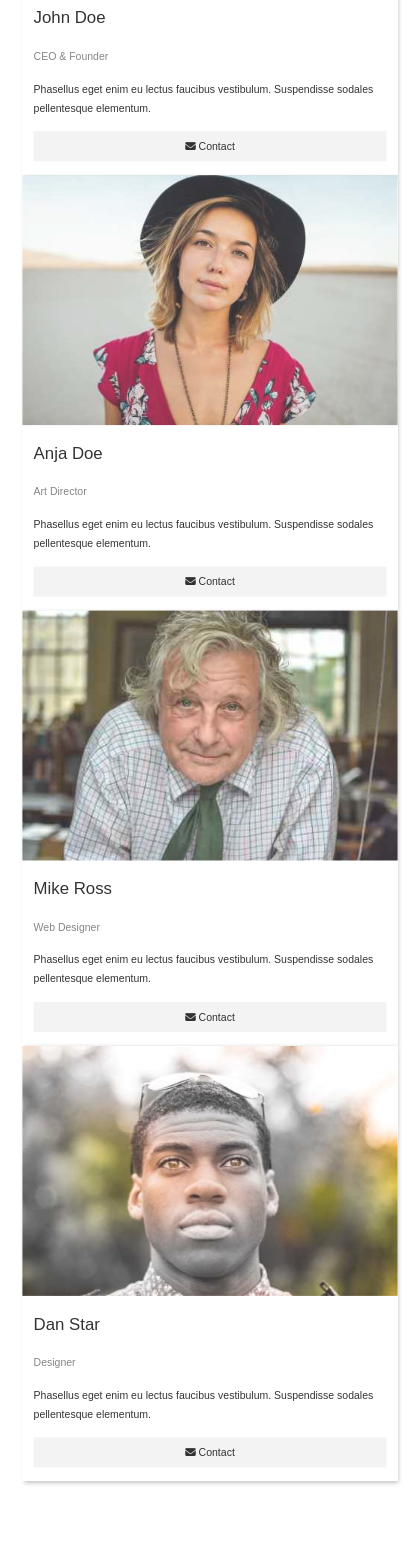
Repository: husterDC/Test
Page: index.html
These files come from the project's save history. The page is drawn as it stood at one moment and after the next save; the edit follows.
The browser window is 600 px wide. The pictures show the part of the page from y = 3665 to 5905 px (the page is 14218 px tall before and 14282 px after), at 70% of full size.

Above is the page before, as saved 2022-10-28 11:32:27.

### index.html
<!DOCTYPE html>
<html lang="en">
<head>
    <meta charset="UTF-8">
    <meta http-equiv="X-UA-Compatible" content="IE=edge">
    <meta name="viewport" content="width=device-width, initial-scale=1.0">
    <title>Document</title>
    <link rel="stylesheet" href="./assets/fontawesome-free-6.1.1-web/css/all.min.css">
    <link rel="stylesheet" href="./fonts/themify-icons/themify-icons.css">
    <link rel="stylesheet" href="./assets/base.css">
    <link rel="stylesheet" href="./assets/style.css">
    <link rel="stylesheet" href="./assets/responsive.css">
</head>
</head>
<body>
    <div class="header">
        <div class="header_logo">
            <a href="" class="header_logo-link">Logo</a>
        </div>
        <div class="header_nav">
            <ul class="header_nav-menu">
                <li class="header_nav-item">
                    <a href="#container_about" class="header_nav-link">ABOUT</a>
                </li>
                <li class="header_nav-item">
                    <a href="#container_team" class="header_nav-link">
                        <i class="header_nav-icon header-nav_icon fa-solid fa-user-plus"></i>
                        TEAM
                    </a>
                </li>
                <li class="header_nav-item">
                    <a href="#container_work" class="header_nav-link">
                        <i class="header_nav-icon fa-solid fa-grip"></i>
                        WORK
                    </a>
                </li>
                <li class="header_nav-item">
                    <a href="#container_pricing" class="header_nav-link">
                        <i class="header_nav-icon fa-solid fa-dollar-sign"></i>
                        PRICING
                    </a>
                </li>
                <li class="header_nav-item">
                    <a href="#container_contact" class="header_nav-link">
                        <i class="header_nav-icon fa-solid fa-envelope"></i>
                        CONTACT
                    </a>
                </li>
            </ul>
            <div class="header_nav-menu-mobile">
                <i class="header-nav_icon fa-solid fa-bars"></i>
            </div>
        </div>
    </div>
    <div class="slider" id="top">
        <div class="slider_content">
            <div class="slider_title">Start something that matters</div>
            <div class="slider_dec">Stop wasting valuable time with projects that just isn't you.</div>
            <a href="" class="slider_link">
                <a href="#container_about" class="slider_btn">Learn more and start today</a>
            </a>
        </div>
        <div class="slider_social">
            <a href="" class="slider_social-link"><i class="slider_social-icon fa-brands fa-facebook"></i></a>
            <a href="" class="slider_social-link"><i class="slider_social-icon fa-brands fa-instagram"></i></a>
            <a href="" class="slider_social-link"><i class="slider_social-icon fa-brands fa-snapchat"></i></a>
            <a href="" class="slider_social-link"><i class="slider_social-icon fa-brands fa-pinterest-p"></i></a>
            <a href="" class="slider_social-link"><i class="slider_social-icon fa-brands fa-twitter"></i></a>
            <a href="" class="slider_social-link"><i class="slider_social-icon fa-brands fa-linkedin-in"></i></a>
        </div>
    </div>
    <div class="container">
        <div class="container_base" id="container_about">
            <div class="container_about-title">ABOUT THE COMPANY</div>
            <div class="container_about-dec">Key features of our company</div>
            <div class="container_about-member">
                <div class="container_about-item">
                    <i class="container_about-item-icon fa-solid fa-desktop"></i>
                    <div class="container_about-item-name">Responsive</div>
                    <div class="container_about-item-dec">Lorem ipsum dolor sit amet, consectetur adipiscing elit, sed do eiusmod tempor incididunt ut labore et dolore.</div>
                </div>
                <div class="container_about-item">
                    <i class="container_about-item-icon fa-solid fa-heart"></i>
                    <div class="container_about-item-name">Passion</div>
                    <div class="container_about-item-dec">Lorem ipsum dolor sit amet, consectetur adipiscing elit, sed do eiusmod tempor incididunt ut labore et dolore.</div>
                </div>
                <div class="container_about-item">
                    <i class="container_about-item-icon fa-regular fa-gem"></i>
                    <div class="container_about-item-name">Design</div>
                    <div class="container_about-item-dec">Lorem ipsum dolor sit amet, consectetur adipiscing elit, sed do eiusmod tempor incididunt ut labore et dolore.</div>
                </div>
                <div class="container_about-item">
                    <i class="container_about-item-icon fa-solid fa-gear"></i>
                    <div class="container_about-item-name">Support</div>
                    <div class="container_about-item-dec">Lorem ipsum dolor sit amet, consectetur adipiscing elit, sed do eiusmod tempor incididunt ut labore et dolore.</div>
                </div>
            </div>
        </div>
        <div class="container_base container_about-sub">
            <div class="container_about-sub-wrap">
                <div class="container_about-sub-title">We know design.</div>
                <div class="container_about-sub-dec">Lorem ipsum dolor sit amet, consectetur adipiscing elit, sed do eiusmod <br> tempor incididunt ut labore et dolore.</div>
                <a href="#container_work" class="container_about-sub-btn">
                    <i class="container_about-sub-icon fa-solid fa-grip"></i>
                    View Our Works
                </a>
            </div>
            <img src="./assets/img/phone_buildings.jpg" alt="" class="container_about-img">
        </div>
        <div class="container_base" id="container_team">
            <div class="container_team-title">THE TEAM</div>
            <div class="container_team-dec">The ones who runs this company</div>
            <div class="container_team-member">
                <div class="container_team-item">
                    <img src="./assets/img/team2.jpg" alt="" class="container_team-item-img">
                    <div class="container_team-item-wrap">
                        <div class="container_team-item-name">John Doe</div>
                        <div class="container_team-item-position">CEO & Founder</div>
                        <div class="container_team-item-dec">Phasellus eget enim eu lectus faucibus vestibulum. Suspendisse sodales pellentesque elementum.</div>
                        <a href="" class="container_team-btn">
                            <i class="header_nav-icon fa-solid fa-envelope"></i>
                            Contact
                        </a>
                    </div>
                </div>
                <div class="container_team-item">
                    <img src="./assets/img/team1.jpg" alt="" class="container_team-item-img">
                    <div class="container_team-item-wrap">
                        <div class="container_team-item-name">Anja Doe</div>
                        <div class="container_team-item-position">Art Director</div>
                        <div class="container_team-item-dec">Phasellus eget enim eu lectus faucibus vestibulum. Suspendisse sodales pellentesque elementum.</div>
                        <a href="" class="container_team-btn">
                            <i class="header_nav-icon fa-solid fa-envelope"></i>
                            Contact
                        </a>
                    </div>
                </div>
                <div class="container_team-item">
                    <img src="./assets/img/team3.jpg" alt="" class="container_team-item-img">
                    <div class="container_team-item-wrap">
                        <div class="container_team-item-name">Mike Ross</div>
                        <div class="container_team-item-position">Web Designer</div>
                        <div class="container_team-item-dec">Phasellus eget enim eu lectus faucibus vestibulum. Suspendisse sodales pellentesque elementum.</div>
                        <a href="" class="container_team-btn">
                            <i class="header_nav-icon fa-solid fa-envelope"></i>
                            Contact
                        </a>
                    </div>
                </div>
                <div class="container_team-item">
                    <img src="./assets/img/team4.jpg" alt="" class="container_team-item-img">
                    <div class="container_team-item-wrap">
                        <div class="container_team-item-name">Dan Star</div>
                        <div class="container_team-item-position">Designer</div>
                        <div class="container_team-item-dec">Phasellus eget enim eu lectus faucibus vestibulum. Suspendisse sodales pellentesque elementum.</div>
                        <a href="" class="container_team-btn">
                            <i class="header_nav-icon fa-solid fa-envelope"></i>
                            Contact
                        </a>
                    </div>
                </div>
            </div>
        </div>
        <div class="container_team-sub">
            <div class="container_team-sub-item">
                <div class="container_team-sub-num">14+</div>
                <div class="container_team-sub-text">Partners</div>
            </div>
            <div class="container_team-sub-item">
                <div class="container_team-sub-num">55+</div>
                <div class="container_team-sub-text">Projects Done</div>
            </div>
            <div class="container_team-sub-item">
                <div class="container_team-sub-num">89+</div>
                <div class="container_team-sub-text">Happy Clients</div>
            </div>
            <div class="container_team-sub-item">
                <div class="container_team-sub-num">150+</div>
                <div class="container_team-sub-text">Meetings</div>
            </div>
        </div>
        <div class="container_base" id="container_work">
            <div class="container_work-title">OUR WORK</div>
            <div class="container_work-dec">What we've done for people</div>
            <div class="container_work-member">
                <div class="container_work-list">
                    <img src="./assets/img/work1.jpg" alt="" class="container_work-item">
                    <img src="./assets/img/work2.jpg" alt="" class="container_work-item">
                    <img src="./assets/img/work3.jpg" alt="" class="container_work-item">
                    <img src="./assets/img/work4.jpg" alt="" class="container_work-item">
                </div>
                <div class="container_work-list">
                    <img src="./assets/img/work5.jpg" alt="" class="container_work-item">
                    <img src="./assets/img/work6.jpg" alt="" class="container_work-item">
                    <img src="./assets/img/work7.jpg" alt="" class="container_work-item">
                    <img src="./assets/img/work8.jpg" alt="" class="container_work-item">
                </div>
            </div>
        </div>
        <div class="container_work-skill">
            <div class="container_work-skill-text">
                <div class="container_work-skill-title">Our Skills.</div>
                <div class="container_work-skill-dec">Lorem ipsum dolor sit amet, consectetur adipiscing elit, sed do eiusmod
                    tempor incididunt ut labore et dolore.
                </div>
                <div class="container_work-skill-dec">Lorem ipsum dolor sit amet, consectetur adipiscing elit, sed do eiusmod
                        tempor incididunt ut labore et dolore.
                </div>
            </div>
            <div class="container_work-skill-chart">
                <i class="container_work-skill-chart-icon fa-solid fa-camera"></i>
                <p class="container_work-skill-chart-name">Photography</p>
                <div class="container_work-skill-chart-bar1">
                    90%
                </div>
                <i class="container_work-skill-chart-icon fa-solid fa-desktop"></i>
                <p class="container_work-skill-chart-name">Web Design</p>
                <div class="container_work-skill-chart-bar2">
                    85%
                </div>
                <i class="container_work-skill-chart-icon fa-regular fa-image"></i>
                <p class="container_work-skill-chart-name">Photoshop</p>
                <div class="container_work-skill-chart-bar3">
                    75%
                </div>
            </div>
        </div>
        <div class="container_base" id="container_pricing">
            <div class="container_pricing-title">PRICING</div>
            <div class="container_pricing-dec">Choose a pricing plan that fits your needs.</div>
            <div class="container_pricing-list">
                <div class="container_pricing-item">
                    <div class="container_pricing-item-header">BASIC</div>
                    <div class="container_pricing-item-content">
                        <div class="container_pricing-item-infor">
                            <p class="container_pricing-item-num">10GB</p>
                            <p class="container_pricing-item-text">Storage</p>
                        </div>
                        <div class="container_pricing-item-infor">
                            <p class="container_pricing-item-num">10</p>
                            <p class="container_pricing-item-text">Emails</p>
                        </div>
                        <div class="container_pricing-item-infor">
                            <p class="container_pricing-item-num">10</p>
                            <p class="container_pricing-item-text">Domains</p>
                        </div>
                        <div class="container_pricing-item-infor">
                            <p class="container_pricing-item-num">Endless</p>
                            <p class="container_pricing-item-text">Support</p>
                        </div>
                        <div class="container_pricing-item-infor">
                            <p class="container_pricing-item-num container_pricing-item-infor-price">$  10</p>
                            <p class="container_pricing-item-text opacity-06">per month</p>
                        </div>
                    </div>
                    <div class="container_pricing-item-footer">
                        <a href="" class="container_pricing-item-btn">Sign Up</a>
                    </div>
                </div>
                <div class="container_pricing-item container_pricing-item_pro">
                    <div class="container_pricing-item-header container_pricing-item-header_pro">BASIC</div>
                    <div class="container_pricing-item-content">
                        <div class="container_pricing-item-infor">
                            <p class="container_pricing-item-num">25GB</p>
                            <p class="container_pricing-item-text">Storage</p>
                        </div>
                        <div class="container_pricing-item-infor">
                            <p class="container_pricing-item-num">25</p>
                            <p class="container_pricing-item-text">Emails</p>
                        </div>
                        <div class="container_pricing-item-infor">
                            <p class="container_pricing-item-num">25</p>
                            <p class="container_pricing-item-text">Domains</p>
                        </div>
                        <div class="container_pricing-item-infor">
                            <p class="container_pricing-item-num">Endless</p>
                            <p class="container_pricing-item-text">Support</p>
                        </div>
                        <div class="container_pricing-item-infor">
                            <p class="container_pricing-item-num container_pricing-item-infor-price">$  25</p>
                            <p class="container_pricing-item-text opacity-06">per month</p>
                        </div>
                    </div>
                    <div class="container_pricing-item-footer">
                        <a href="" class="container_pricing-item-btn">Sign Up</a>
                    </div>
                </div>
                <div class="container_pricing-item">
                    <div class="container_pricing-item-header">BASIC</div>
                    <div class="container_pricing-item-content">
                        <div class="container_pricing-item-infor">
                            <p class="container_pricing-item-num">50GB</p>
                            <p class="container_pricing-item-text">Storage</p>
                        </div>
                        <div class="container_pricing-item-infor">
                            <p class="container_pricing-item-num">50</p>
                            <p class="container_pricing-item-text">Emails</p>
                        </div>
                        <div class="container_pricing-item-infor">
                            <p class="container_pricing-item-num">50</p>
                            <p class="container_pricing-item-text">Domains</p>
                        </div>
                        <div class="container_pricing-item-infor">
                            <p class="container_pricing-item-num">Endless</p>
                            <p class="container_pricing-item-text">Support</p>
                        </div>
                        <div class="container_pricing-item-infor">
                            <p class="container_pricing-item-num container_pricing-item-infor-price">$  50</p>
                            <p class="container_pricing-item-text opacity-06">per month</p>
                        </div>
                    </div>
                    <div class="container_pricing-item-footer">
                        <a href="" class="container_pricing-item-btn">Sign Up</a>
                    </div>
                </div>
            </div>
        </div>
        <div class="container_base" id="container_contact">
            <div class="container_contact-title">CONTACT</div>
            <div class="container_contact-dec">Lets get in touch. Send us a message:</div>
            <div class="container_contact-infor">
                <div class="container_contact-infor-item">
                    <i class="fa-solid fa-location-dot container_contact-icon"></i>
                    <p class="container_contact-data">Chicago, US</p>
                </div>
                <div class="container_contact-infor-item">
                    <i class="container_contact-icon fa-solid fa-phone"></i>
                    <div class="container_contact-data">Phone: +00 151515</div>
                </div>
                <div class="container_contact-infor-item">
                    <i class="container_contact-icon fa-solid fa-envelope"></i>
                    <div class="container_contact-data">Email: mail@mail.com</div>
                </div>
            </div>
            <div class="container_contact-form">
                <form action="">
                    <div class="container_contact-form-data">
                        <input type="text" name="" required placeholder="Name" id="">
                        <input type="email" name="" required placeholder="Email" id="">
                        <input type="text"  name="" required placeholder="Subject" id="">
                        <input type="text"  name="" required placeholder="Message" id="">
                    </div>
                    <div class="container_contact-btn">
                        <i class="fa-solid fa-paper-plane"></i>
                        <input class="send-mesage-btn" type="submit" value="SEND MESSAGE">
                    </div>
                </form>
            </div>
            <img src="./assets/img/map.jpg" alt="" class="container_contact-map">
        </div>
    </div>
    <div class="footer">
        <a href="#top" class="footer_btn">
            <i class="footer_btn-icon fa-solid fa-arrow-up"></i>
            To the top
        </a>
        <div class="footer_social">
            <a href="" class="footer_social-link"><i class="footer_social-icon fa-brands fa-facebook"></i></a>
            <a href="" class="footer_social-link"><i class="footer_social-icon fa-brands fa-instagram"></i></a>
            <a href="" class="footer_social-link"><i class="footer_social-icon fa-brands fa-snapchat"></i></a>
            <a href="" class="footer_social-link"><i class="footer_social-icon fa-brands fa-pinterest-p"></i></a>
            <a href="" class="footer_social-link"><i class="footer_social-icon fa-brands fa-twitter"></i></a>
            <a href="" class="footer_social-link"><i class="footer_social-icon fa-brands fa-linkedin-in"></i></a>
        </div>
        <div class="footer_copyright">
            Powered by
            <a href="" class="footer_copyright-link">w3.css</a>
        </div>
    </div>
</body>
</html>

### assets/base.css
html {
    font-size: 16px;
    line-height: 1.8;
    font-family: 'Roboto', sans-serif;
    box-sizing: border-box;
}
.container_base {
    padding: 128px 16px;
}

### assets/responsive.css
@media (min-width: 740px) and (max-width: 1023px) {
    .container_team-member {
        flex-wrap: wrap;
    }
    .container_team-item {
        width: 47.7%;
        margin: 8px;
    }
    .container_work-item {
        width: 50%;
        margin-top: -16px;
    }
    .container_work-list {
        margin: 16px 0;
    }
}
@media (max-width: 739px) {
    .header_nav-menu {
        display: none;
    }
    .header_nav-menu-mobile {
        display: inline-block;
    }
    .container_about-member,
    .container_work-member,
    .container_work-skill,
    .container_pricing-list,
    .container_contact-member,
    .container_about-sub,
    .container_team-member,
    .container_team-sub {
        flex-wrap: wrap;
    }

    .container_about-item,
    .container_work-item,
    .container_pricing-item,
    .container_contact-item,
    .container_work-skill-text,
    .container_work-skill-chart,
    .container_team-item,
    .container_about-sub-wrap,
    .container_about-img,
    .container_team-sub-item {
        width: 100%;
    }
    .header_nav-menu-mobile {
        padding: 16px;
    }
    .slider {
        height: 900px;
    }
    .slider_title {
        font-size: 36px;
    }
    .container_about-img {
        margin-top: 22px;
    }
    .container_work-list {
        padding: 8px 0;
    }
    .container_work-item {
        padding: 0 8px;
    }
}

Loaded but not shown: assets/fontawesome-free-6.1.1-web/css/all.min.css (library); fonts/themify-icons/themify-icons.css (common file); assets/style.css (505 lines, source omitted)

After the next save:
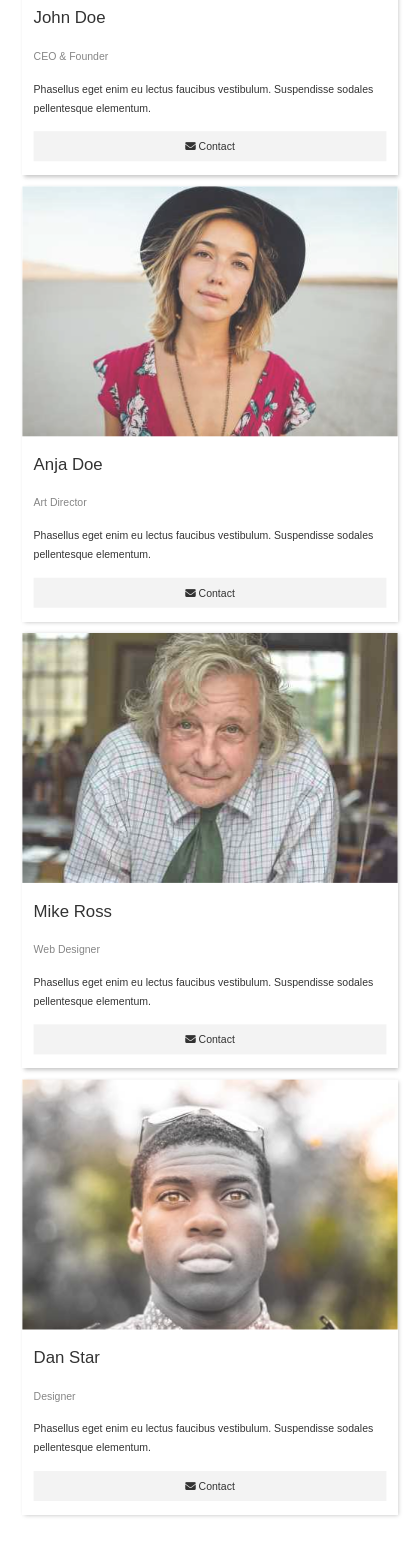
Saved 118 s later.
--- a/assets/responsive.css
+++ b/assets/responsive.css
@@ -62,4 +62,7 @@
     .container_work-item {
         padding: 0 8px;
     }
+    .container_team-item {
+        margin-bottom: 16px;
+    }
 }
